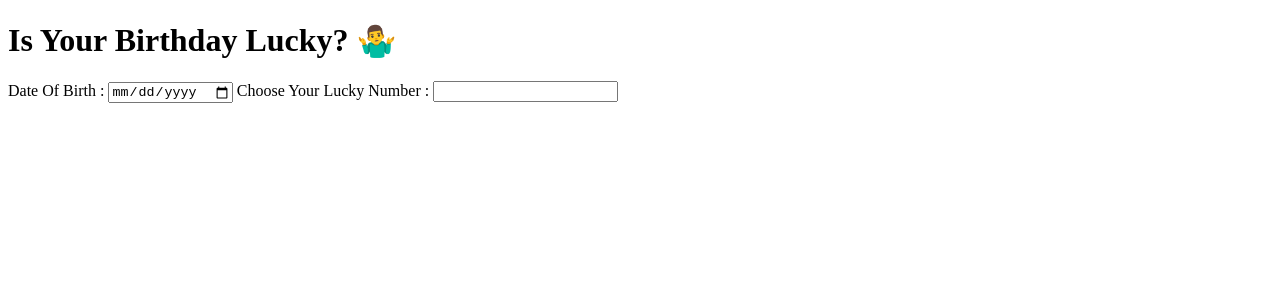
Repository: patelamancode/Lucky-Birthday-App
Page: index.html
An editor plug-in stored every save of this project. The page is shown before and after the next save, followed by the edit.
The browser window is 1280 px wide. The pictures show the whole page.

Above is the page before, as saved 2022-11-21 16:35:14.

### index.html
<!DOCTYPE html>
<html lang="en">
<head>
    <meta charset="UTF-8">
    <meta http-equiv="X-UA-Compatible" content="IE=edge">
    <meta name="viewport" content="width=device-width, initial-scale=1.0">
    <title>Is your birthday lucky</title>
</head>
<body>
    <div id="main-container">
        <h1 class="app-title">Is Your Birthday Lucky? 🤷‍♂️</h1>
        <label for="date-of-birth" class="dob">Date Of Birth :</label>
        <input type="date" class="selected-dob">
        <label for="lucky-number" class="favourite-number">Choose Your Lucky Number :</label>
        <input type="number" class="user-number">
    </div>
</body>
</html>

After the next save:
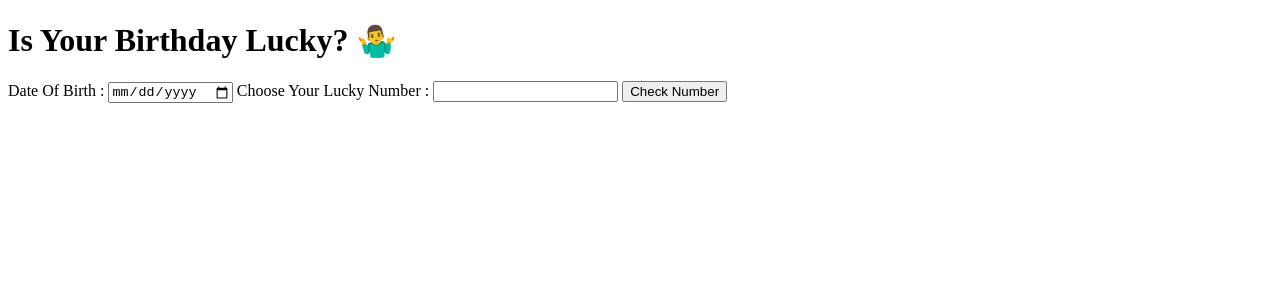
Saved 78 s later.
--- a/index.html
+++ b/index.html
@@ -13,6 +13,7 @@
         <input type="date" class="selected-dob">
         <label for="lucky-number" class="favourite-number">Choose Your Lucky Number :</label>
         <input type="number" class="user-number">
+        <button id="check-btn">Check Number</button>
     </div>
 </body>
 </html>
